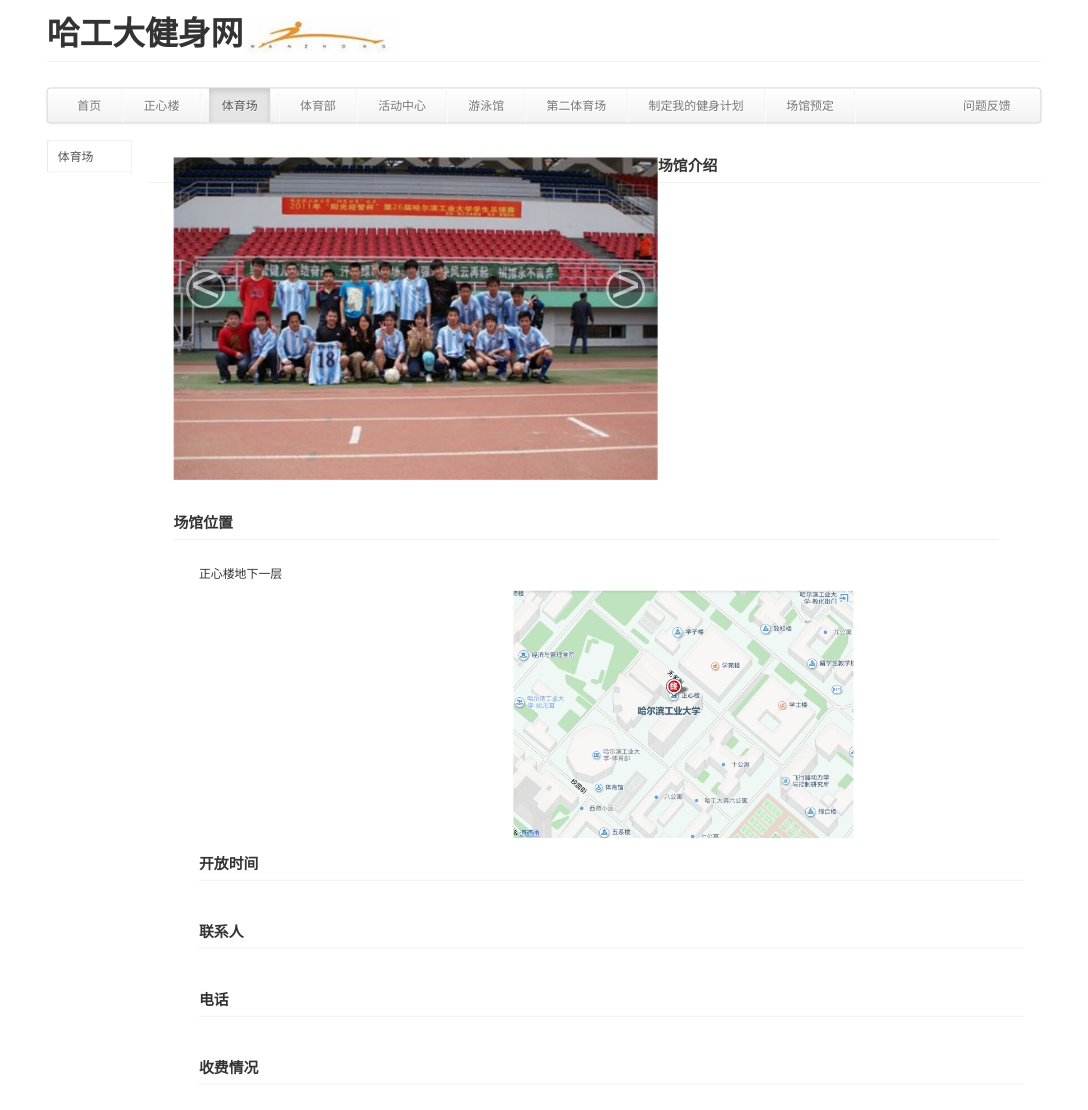
Repository: hitDeveloper/fitness
Page: http://localhost/project/gym.jsp
An editor plug-in stored every save of this project. The page is shown before and after the next save, followed by the edit.
The browser window is 1280 px wide. The pictures show the whole page, at 85% of full size.
The page is served by Tomcat 9. Nobody is signed in. The application's start-up code is not run.

Above is the page before, as saved 2014-11-04 14:51:14.

After the next save:
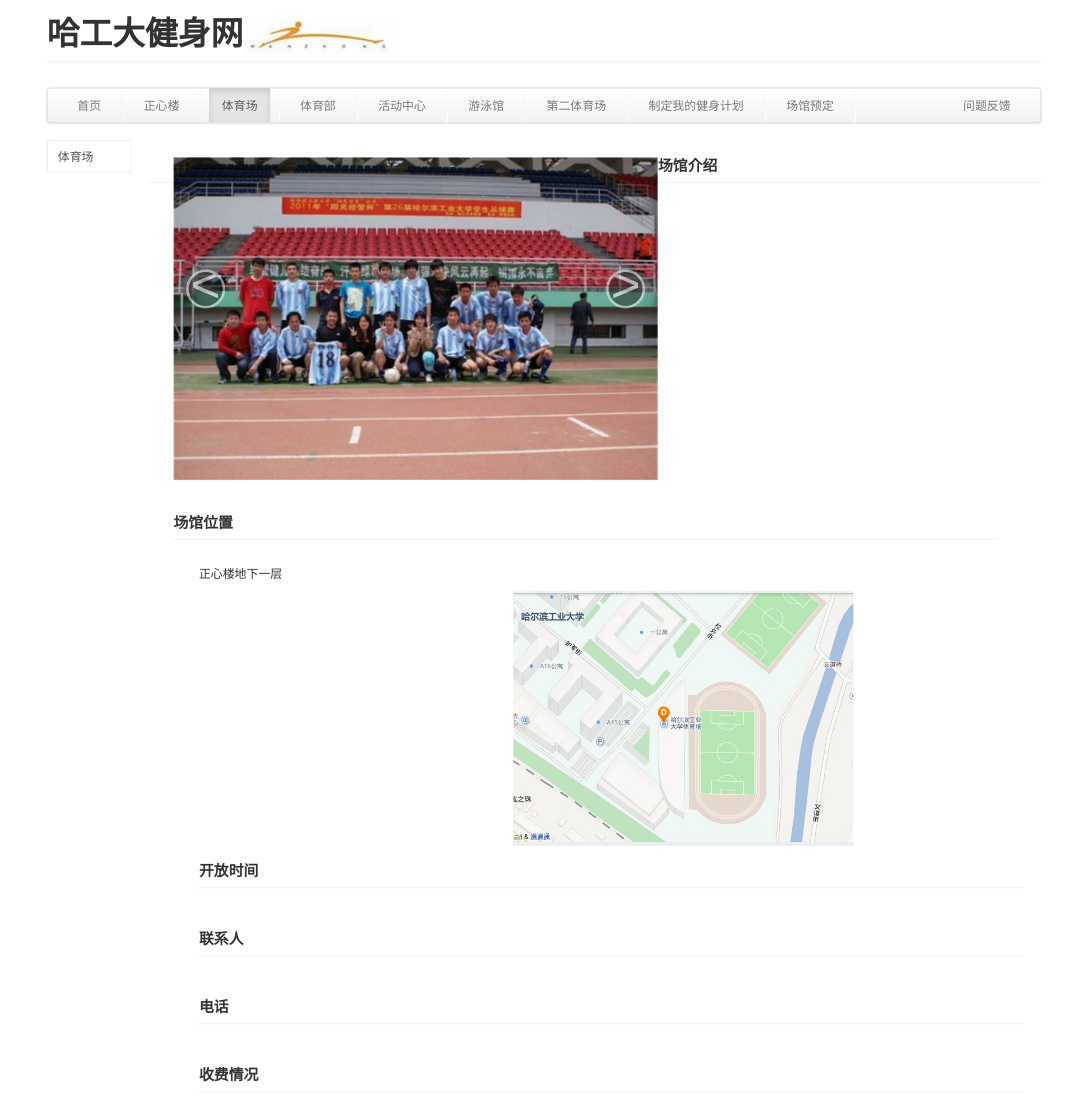
Saved 113 s later.
--- a/Project/project/WebRoot/gym.jsp
+++ b/Project/project/WebRoot/gym.jsp
@@ -76,7 +76,7 @@
 <p>正心楼地下一层</p>
 </div>
 <div class="span8">
-<img src="image/1.jpg" class="pull-right" width="400">
+<img src="image/2.jpg" class="pull-right" width="400">
 </div>
 <div class="span10">
 <h4 class="page-header">开放时间</h4>
